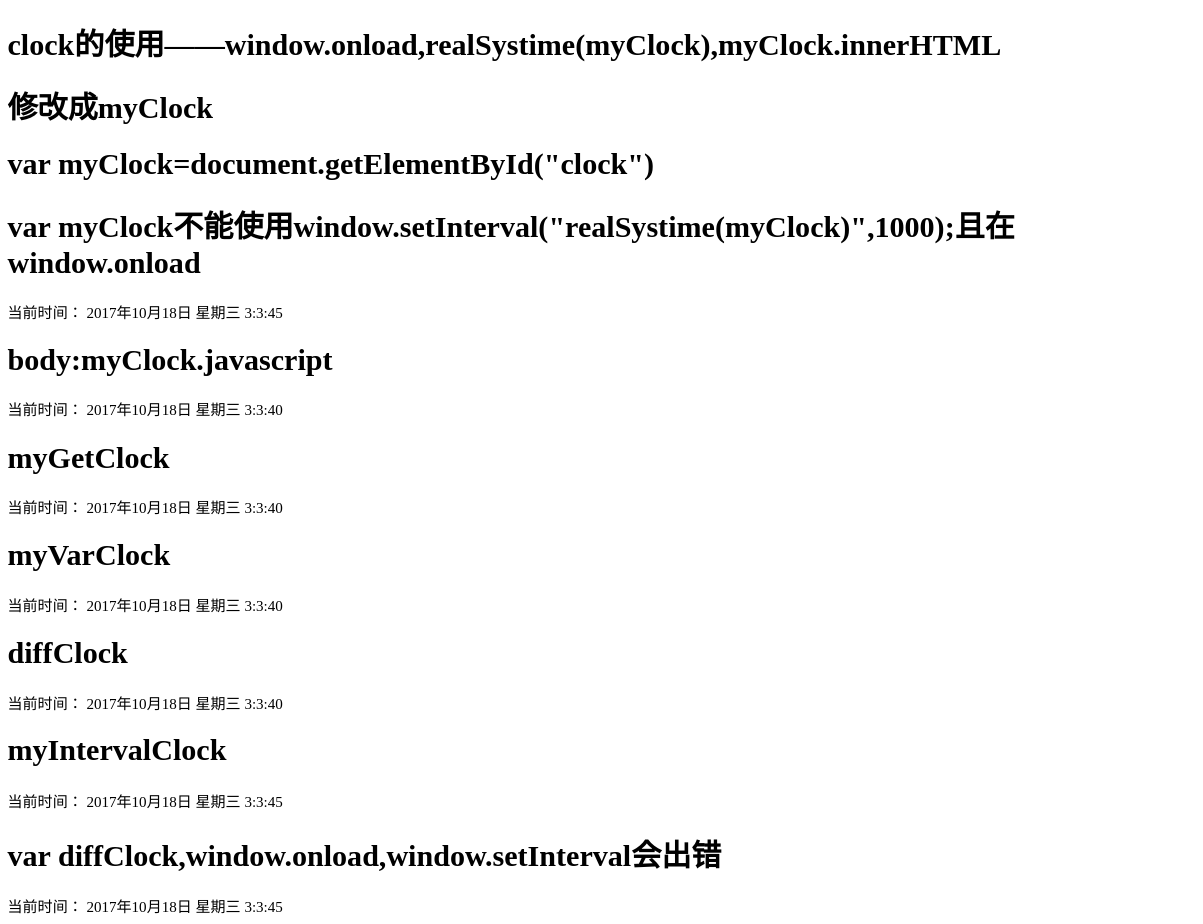
Repository: bookFireFly/bookFireFly
Page: JavaScriptMingriBook/Main/10实时显示系统时间.html
These files come from the project's save history. The page is drawn as it stood at one moment and after the next save; the edit follows.
The browser window is 1280 px wide. The pictures show the whole page, at 94% of full size.

Above is the page before, as saved 2017-10-20 10:05:10.

After the next save:
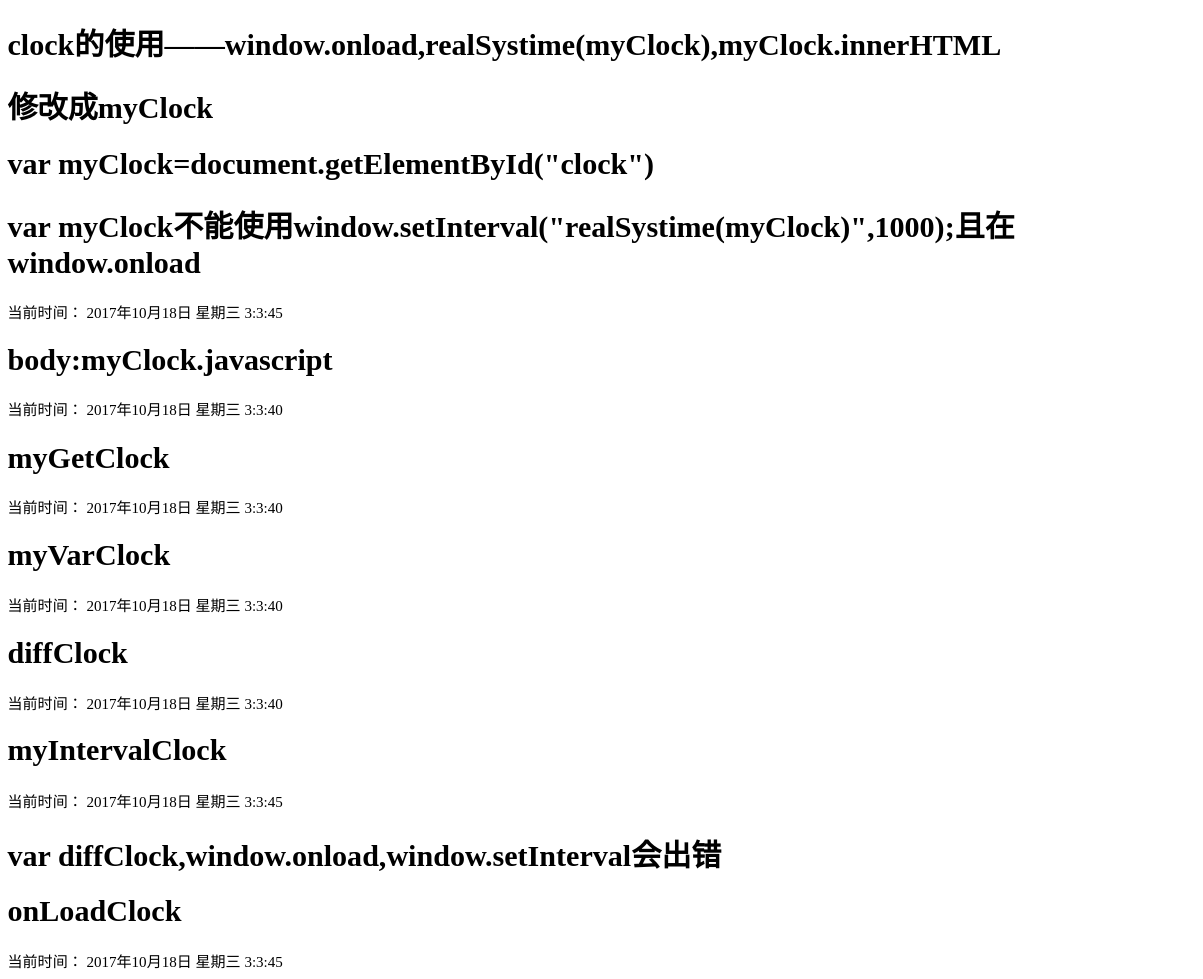
Saved 28 s later.
--- a/JavaScriptMingriBook/Main/10实时显示系统时间.html
+++ b/JavaScriptMingriBook/Main/10实时显示系统时间.html
@@ -62,5 +62,6 @@ window.onload=function(){
 </script>
 </body>
 <h1>var diffClock,window.onload,window.setInterval会出错</h1>
+<h1>onLoadClock</h1>
 <div id="onLoadClock"></div>
 </html>
